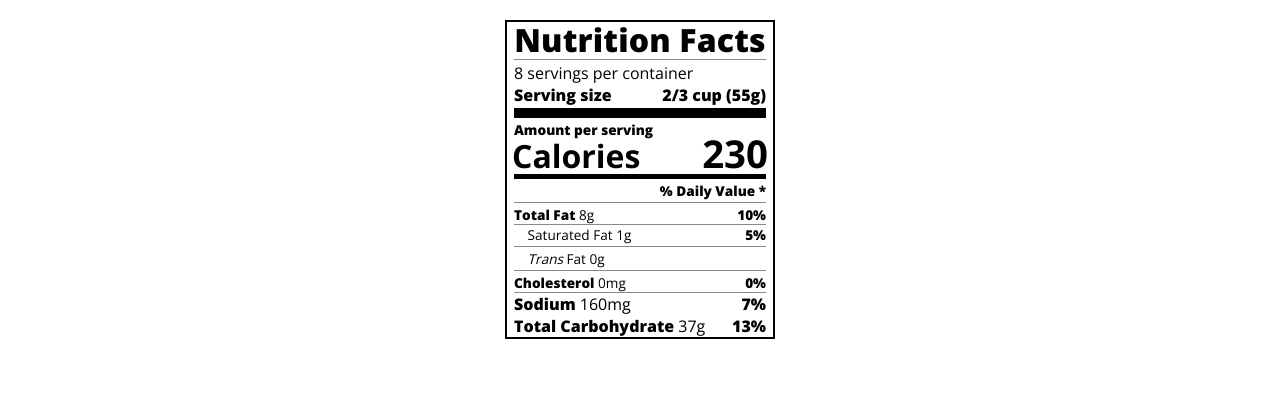
Repository: AimenDje/NutritionLabel
Page: index.html
These files come from the project's save history. The page is drawn as it stood at one moment and after the next save; the edit follows.
The browser window is 1280 px wide. The pictures show the whole page.

Above is the page before, as saved 2025-08-30 23:28:05.

### index.html
<!DOCTYPE html>
<html lang="en">

<head>
  <meta charset="UTF-8">
  <title>Nutrition Label</title>
  <link rel="stylesheet" href="https://fonts.googleapis.com/css?family=Open+Sans:400,700,800">
  <link rel="stylesheet" href="styles.css">

</head>

<body>
  <div class="label">
    <header>
      <h1 class="bold">Nutrition Facts</h1>
      <div class="divider"></div>
      <p>8 servings per container</p>
      <p class="bold">Serving size <span>2/3 cup (55g)</span></p>
    </header>
    <div class="divider large"> </div>
     <div class="calories-info">
      <div class="left-container">
        <h2 class="bold small-text">Amount per serving</h2>
        <p> Calories</p>
      </div>
      <span> 230 </span>
    </div>
    <div class="divider medium"></div>
    <div class="daily-value small-text">
      <p class="bold right no-divider" >% Daily Value *</p>
      <div class="divider"></div>
      <p><span><span class="bold">Total Fat</span> 8g</span> <span class="bold">10%</span></p>
      <p class="indent no-divider" >Saturated Fat 1g <span class="bold">5%</span></p>
      <div class="divider"></div>
      <p class="indent no-divider"><span><i>Trans</i> Fat 0g</span></p>
      <div class="divider"></div>
      <p> <span><span class="bold">Cholesterol</span> 0mg</span> <span class="bold">0%</span> </div>
      <p><span><span class="bold">Sodium</span> 160mg </span> <span class="bold">7%</span> </p>
      <p><span><span class="bold">Total Carbohydrate</span> 37g</span> <span class="bold">13%</span></p>
    </div>
  </div>
  </div>
</body>
</html>

### styles.css
*{
  box-sizing: border-box;
}

body{
  font-family:"Open Sans", sans-serif;
}

html{
  font-size:16px;
}

.label {
  border: 2px solid black;
  width: 270px;
  margin: 20px auto;
  padding : 0 7px;
}

header h1 {
  text-align: center;
  margin : -4px 0;
  letter-spacing : 0.15px;
}

p{
  margin : 0;
  display:flex;
  justify-content: space-between;
}

.divider{
  border-bottom: 1px solid #888989;
  margin : 2px 0;
}

.bold{
  font-weight: 800;
}

.large{
  height:10px;

}
.large, .medium{
  background-color:black;
  border:0;
}

.small-text{
  font-size: 0.85rem;
}

.calories-info h2{
  margin:0;
}

.calories-info{
  display:flex;
  justify-content:space-between;
  align-items:flex-end;
}

.left-container p{
  margin:-5px -2px;
  font-size: 2em;
  font-weight:700;
}

.calories-info span {
  font-size: 2.4em;
  font-weight: 700;
  margin : -7px -2px;
}

.medium{
  height:5px;
}

.right{
  justify-content: flex-end ;
}

.indent{
  margin-left:1em;
}

.daily-value p:not(.no-divider) {
  border-bottom: 1px solid #888989;
}

After the next save:
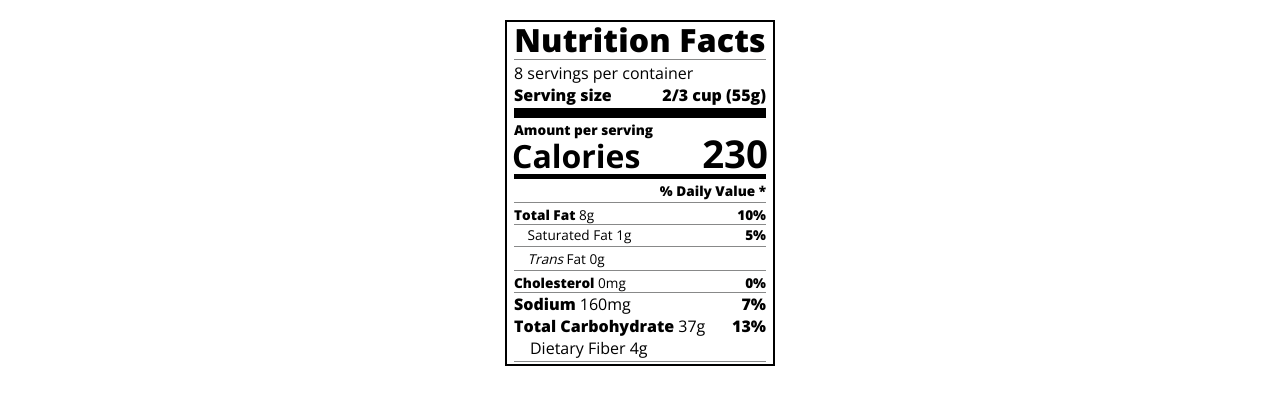
Saved 2 min 35 s later.
--- a/index.html
+++ b/index.html
@@ -37,6 +37,8 @@
       <p> <span><span class="bold">Cholesterol</span> 0mg</span> <span class="bold">0%</span> </div>
       <p><span><span class="bold">Sodium</span> 160mg </span> <span class="bold">7%</span> </p>
       <p><span><span class="bold">Total Carbohydrate</span> 37g</span> <span class="bold">13%</span></p>
+      <p class="indent no-divider">Dietary Fiber 4g </p>
+      <div class="divider"> </div>
     </div>
   </div>
   </div>
